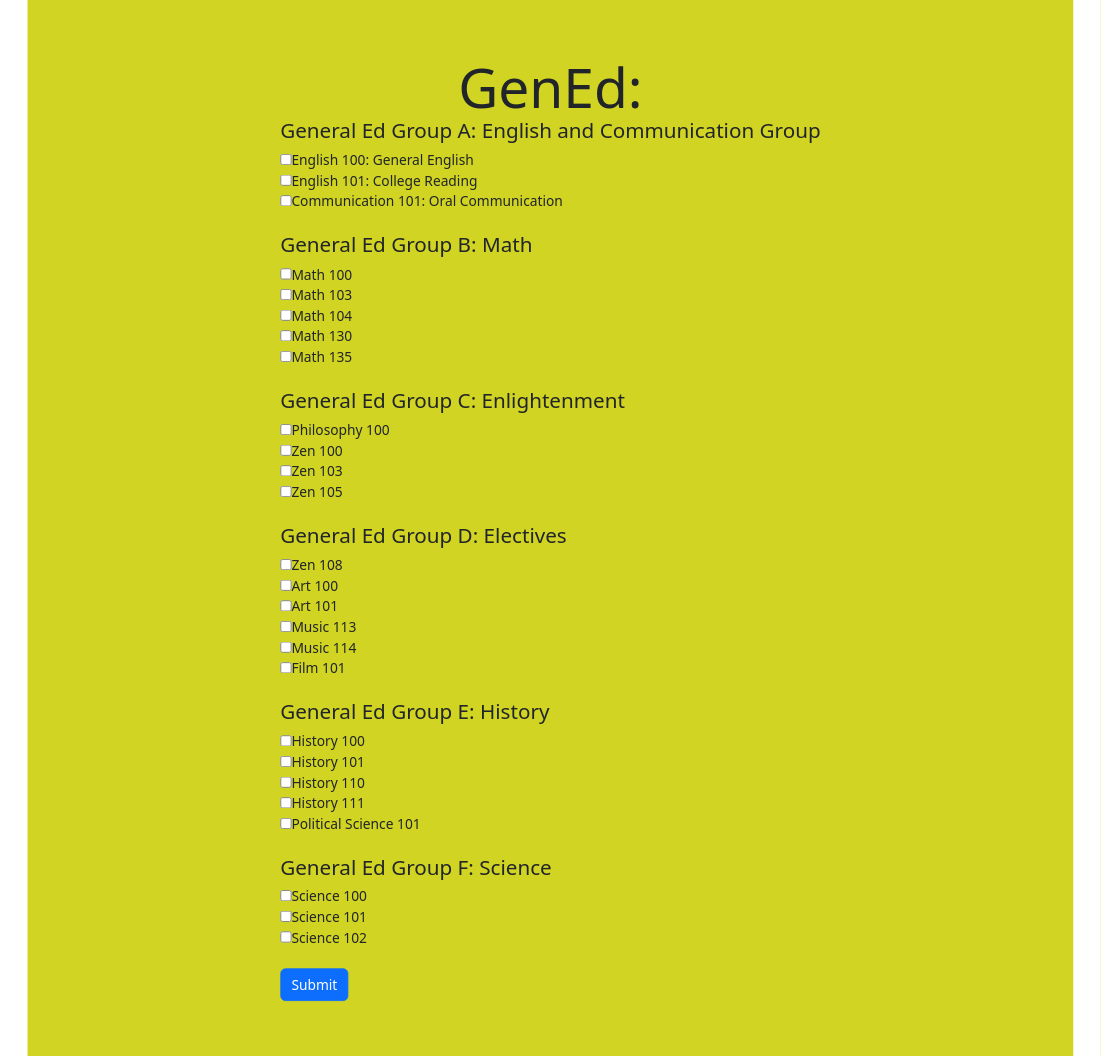
Repository: collegedude9300/zenschool
Page: /GenEd
The author's editor kept a copy of each file at every save. The page is drawn from the files as they stood at one save, then again after the next save.
The browser window is 1280 px wide. The pictures show the whole page, at 86% of full size.
The project was rebuilt for these pictures with package versions that can differ from the ones it lists, and the page was loaded fresh each time. The framework's server and built-in components were replaced by stand-ins that run in the browser. Also part of the build but not shown: next.config.js.

Above is the page before, as saved 2022-10-27 18:44:55.

### pages/GenEd.js
import Head from 'next/head'
import Image from 'next/image'
import styles from '../styles/Home.module.css'
import 'bootstrap/dist/css/bootstrap.css'
export default function GenEd() {
return(
//class choices form
<div className={styles.container}>
<Head>
<title>GenEd</title>
<meta name="description" content="Generated by create next app" />
<link rel="icon" href="/favicon.png" />
</Head>
<main className={styles.main}>
<h1 className={styles.title}>
GenEd:
</h1>
<form>
<h4>General Ed Group A: English and Communication Group </h4>
<input type="checkbox" id="English 100" name="English 100" value="English 100"/>
<label for="English 100"> English 100: General English </label><br/>
<input type="checkbox" id="English 101" name="English 101" value="English 101"/>
<label for="English 101"> English 101: College Reading</label><br/>
<input type="checkbox" id="Communication 101" name="Communication 101" value="Communication 101"/>
<label for="Communication 101"> Communication 101: Oral Communication</label><br/>
<br/>
<h4>General Ed Group B: Math </h4>
<input type="checkbox" id="Math 100" name="Math 100" value="Math 100"/>
<label for="Math 100"> Math 100</label><br/>
<input type="checkbox" id="Math 103" name="Math 103" value="Math 103"/>
<label for="Math 103"> Math 103</label><br/>
<input type="checkbox" id="Math 104" name="Math 104" value="Math 104"/>
<label for="Math 104"> Math 104</label><br/>
<input type="checkbox" id="Math 130" name="Math 130" value="Math 130"/>
<label for="Math 130"> Math 130</label><br/>
<input type="checkbox" id="Math 135" name="Math 135" value="Math 135"/>
<label for="Math 135"> Math 135</label><br/>
<br/>
<h4>General Ed Group C: Enlightenment </h4>
<input type="checkbox" id="Philosophy 100" name="Philosophy 100" value="Philosophy 100"/>
<label for="Philosophy 100"> Philosophy 100</label><br/>
<input type="checkbox" id="Zen 100" name="Zen 100" value="Zen 100"/>
<label for="Zen 100"> Zen 100</label><br/>
<input type="checkbox" id="Zen 103" name="Zen 103" value="Zen 103"/>
<label for="Zen 103"> Zen 103</label><br/>
<input type="checkbox" id="Zen 105" name="Zen 105" value="Zen 105"/>
<label for="Zen 105"> Zen 105</label><br/>
<br/>
<h4>General Ed Group D: Electives </h4>
<input type="checkbox" id="Zen 108" name="Zen 108" value="Zen 108"/>
<label for="Zen 108"> Zen 108</label><br/>
<input type="checkbox" id="Art 100" name="Art 100" value="Art 100"/>
<label for="Art 100"> Art 100</label><br/>
<input type="checkbox" id="Art 101" name="Art 101" value="Art 101"/>
<label for="Art 101"> Art 101</label><br/>
<input type="checkbox" id="Music 113" name="Music 113" value="Music 113"/>
<label for="Music 113"> Music 113</label><br/>
<input type="checkbox" id="Music 114" name="Music 114" value="Music 114"/>
<label for="Music 114"> Music 114</label><br/>
<input type="checkbox" id="Film 101" name="Film 101" value="Film 101"/>
<label for="Film 101"> Film 101</label><br/>
<br/>
<h4>General Ed Group E: History </h4>
<input type="checkbox" id="History 100" name="History 100" value="History 100"/>
<label for="History 100"> History 100</label><br/>
<input type="checkbox" id="History 101" name="History 101" value="History 101"/>
<label for="History 101"> History 101</label><br/>
<input type="checkbox" id="History 110" name="History 110" value="History 110"/>
<label for="History 110"> History 110</label><br/>
<input type="checkbox" id="History 111" name="History 111" value="History 111"/>
<label for="History 111"> History 111</label><br/>
<input type="checkbox" id="Pol-Science 101" name="Pol-Science 101" value="Pol-Science 101"/>
<label for="Pol-Science 101"> Political Science 101</label><br/>
<br/>
<h4>General Ed Group F: Science </h4>
<input type="checkbox" id="Science 100" name="Science 100" value="Science 100"/>
<label for="Science 100"> Science 100</label><br/>
<input type="checkbox" id="Science 101" name="Science 101" value="Science 101"/>
<label for="Science 101"> Science 101</label><br/>
<input type="checkbox" id="Science 102" name="Science 102" value="Science 102"/>
<label for="Science 102"> Science 102</label><br/>
<br/>
<button type="submit" className="btn btn-primary">Submit</button>
</form>
</main>
      </div>
)}

### styles/Home.module.css
.container {
  padding: 0 2rem;
}

.main {
  min-height: 100vh;
  padding: 4rem 0;
  flex: 1;
  display: flex;
  flex-direction: column;
  justify-content: center;
  align-items: center;
  background-color: #d1d422;
}

.footer {
  display: flex;
  flex: 1;
  padding: 2rem 0;
  border-top: 1px solid #eaeaea;
  justify-content: center;
  align-items: center;
}

.footer a {
  display: flex;
  justify-content: center;
  align-items: center;
  flex-grow: 1;
}

.title a {
  color: #0070f3;
  text-decoration: none;
}

.title a:hover,
.title a:focus,
.title a:active {
  text-decoration: underline;
}

.title {
  margin: 0;
  line-height: 1.15;
  font-size: 4rem;
}

.title,
.description {
  text-align: center;
}

.description {
  margin: 4rem 0;
  line-height: 1.5;
  font-size: 1.5rem;
}

.code {
  background: #fafafa;
  border-radius: 5px;
  padding: 0.75rem;
  font-size: 1.1rem;
  font-family: Menlo, Monaco, Lucida Console, Liberation Mono, DejaVu Sans Mono,
    Bitstream Vera Sans Mono, Courier New, monospace;
}

.grid {
  display: flex;
  align-items: center;
  justify-content: center;
  flex-wrap: wrap;
  max-width: 800px;
}

.card {
  margin: 1rem;
  padding: 1.5rem;
  text-align: left;
  color: inherit;
  text-decoration: none;
  border: 1px solid #eaeaea;
  border-radius: 10px;
  transition: color 0.15s ease, border-color 0.15s ease;
  max-width: 300px;
}

.card:hover,
.card:focus,
.card:active {
  color: #0070f3;
  border-color: #0070f3;
}

.card h2 {
  margin: 0 0 1rem 0;
  font-size: 1.5rem;
}

.card p {
  margin: 0;
  font-size: 1.25rem;
  line-height: 1.5;
}

.logo {
  height: 1em;
  margin-left: 0.5rem;
}

@media (max-width: 600px) {
  .grid {
    width: 100%;
    flex-direction: column;
  }
}

@media (prefers-color-scheme: dark) {
  .card,
  .footer {
    border-color: #222;
  }
  .code {
    background: #111;
  }
  .logo img {
    filter: invert(1);
  }
}

Loaded but not shown: pages/_app.js (common file); styles/globals.css (common file)

After the next save:
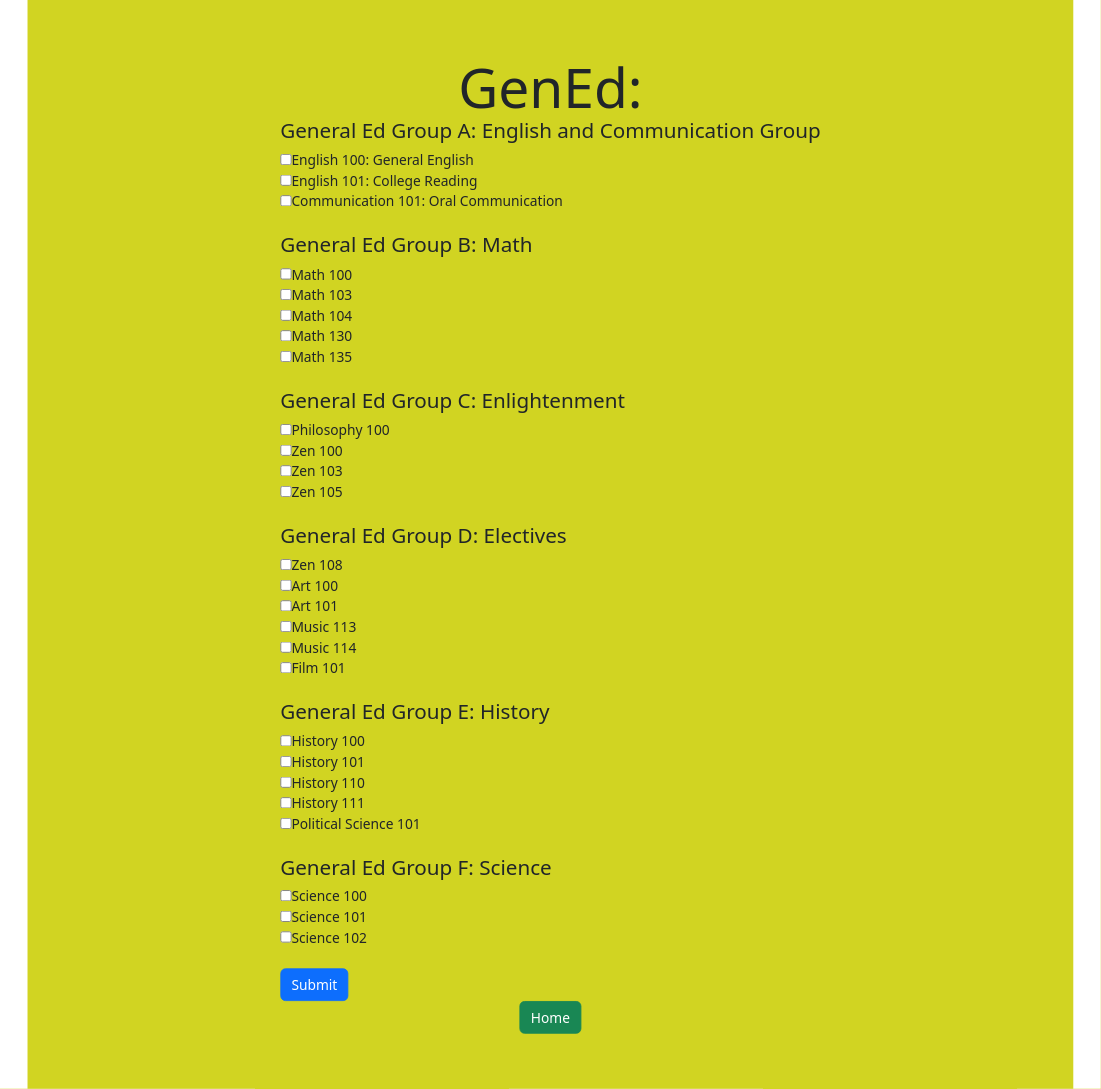
Saved 64 s later.
--- a/pages/GenEd.js
+++ b/pages/GenEd.js
@@ -2,6 +2,7 @@ import Head from 'next/head'
 import Image from 'next/image'
 import styles from '../styles/Home.module.css'
 import 'bootstrap/dist/css/bootstrap.css'
+import Link from 'next/link';
 export default function GenEd() {
 return(
 //class choices form
@@ -82,6 +83,9 @@ GenEd:
 <br/>
 <button type="submit" className="btn btn-primary">Submit</button>
 </form>
+<Link legacyBehavior href="/">
+        <a className="btn btn-success">Home</a>
+        </Link>
 </main>
       </div>
 )}
